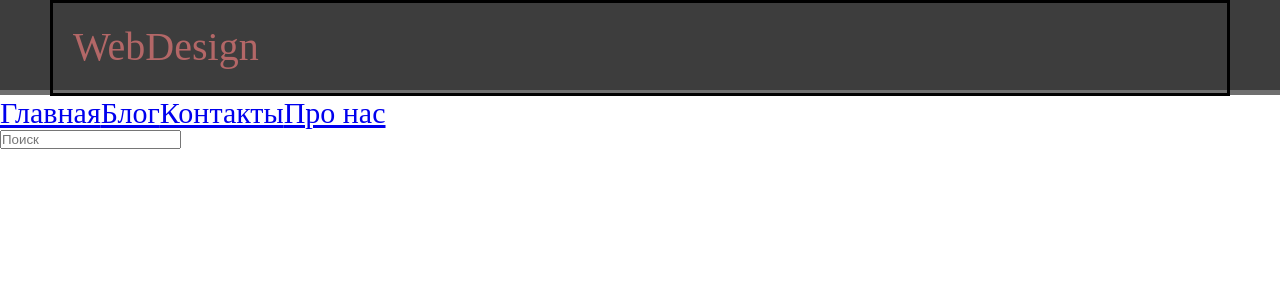
Repository: andbaik/Itprog
Page: index.htm
The author's editor kept a copy of each file at every save. The page is drawn from the files as they stood at one save, then again after the next save.
The browser window is 1280 px wide. The pictures show the whole page.

Above is the page before, as saved 2021-01-19 16:02:58.

After the next save:
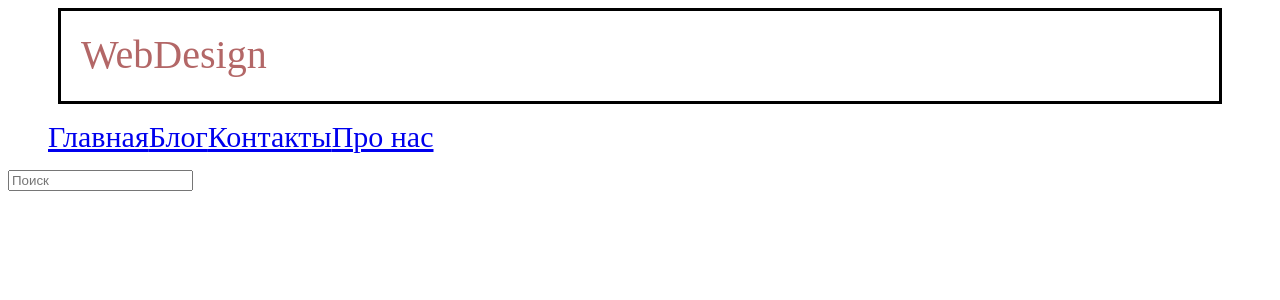
Saved 13 s later.
--- a/css/style.css
+++ b/css/style.css
@@ -1,7 +1,4 @@
-* {
-    margin: 0;
-    padding: 0;
-}
+/
 
 .header {
     display:;

After the save that followed:
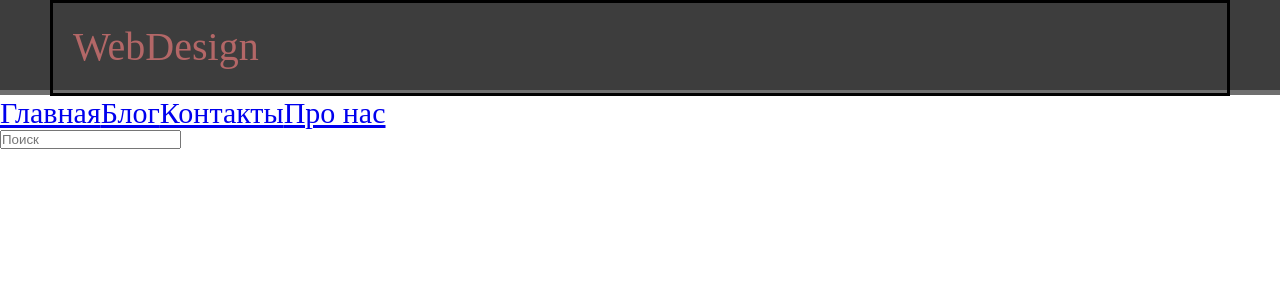
Saved 4 s later.
--- a/css/style.css
+++ b/css/style.css
@@ -1,4 +1,7 @@
-/
+* {
+    margin: 0;
+    padding: 0;
+}
 
 .header {
     display:;
